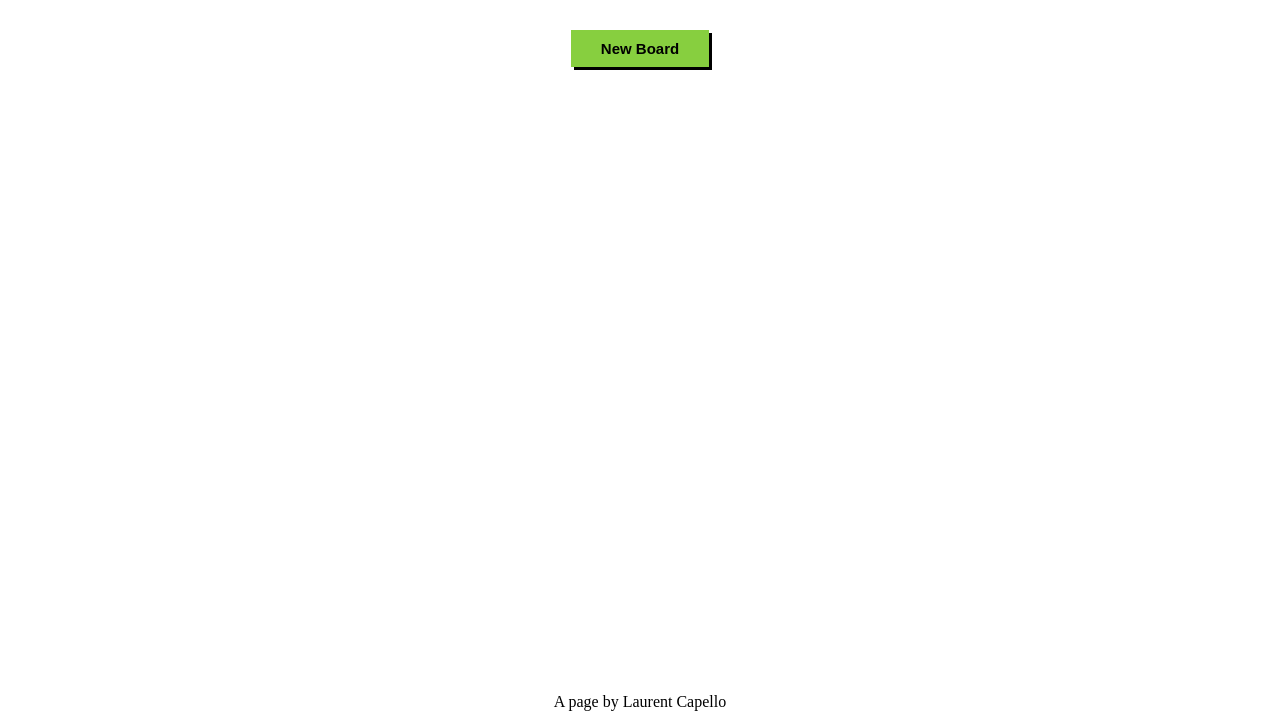
Repository: sokafootball/etch-a-sketc
Page: index.html
The author's editor kept a copy of each file at every save. The page is drawn from the files as they stood at one save, then again after the next save.
The browser window is 1280 px wide. The pictures show the whole page.

Above is the page before, as saved 2020-04-18 11:21:14.

After the next save:
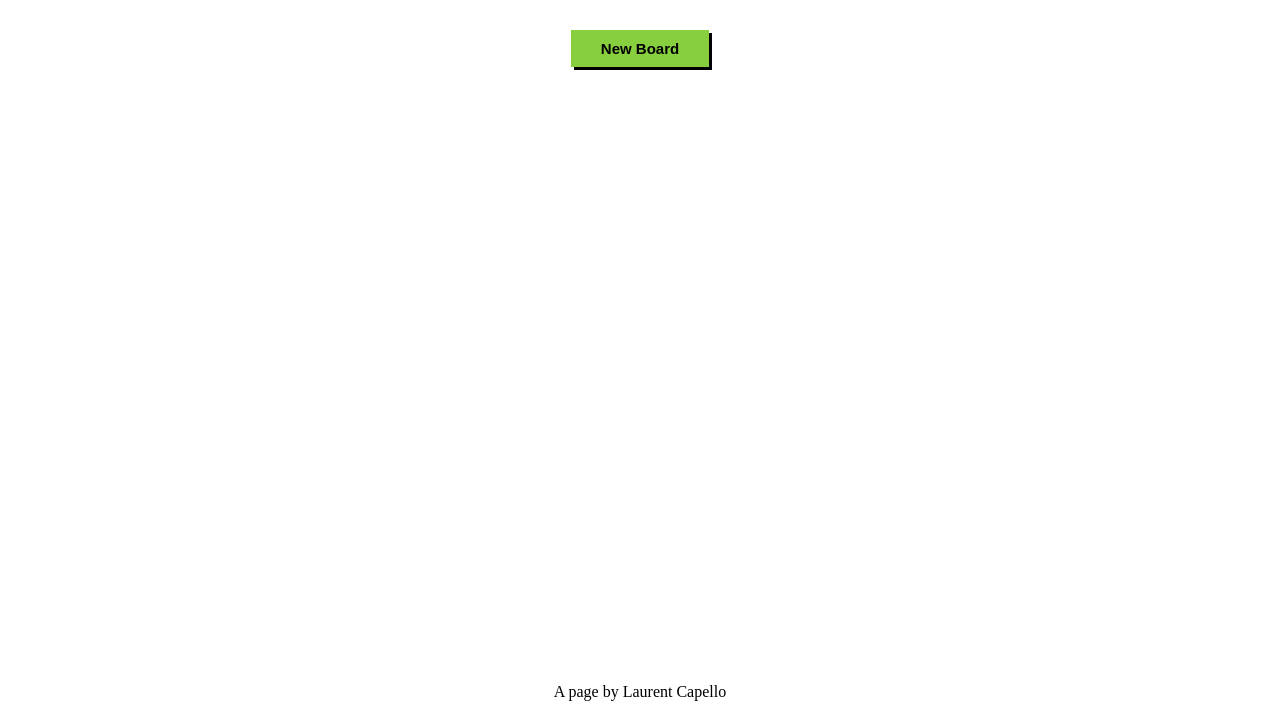
Saved 29 s later.
--- a/style.css
+++ b/style.css
@@ -8,7 +8,7 @@ footer{
   position: absolute;
   display: flex;
   justify-content: center;
-  bottom: 10px;
+  bottom: 20px;
 }
 
 .cell {
